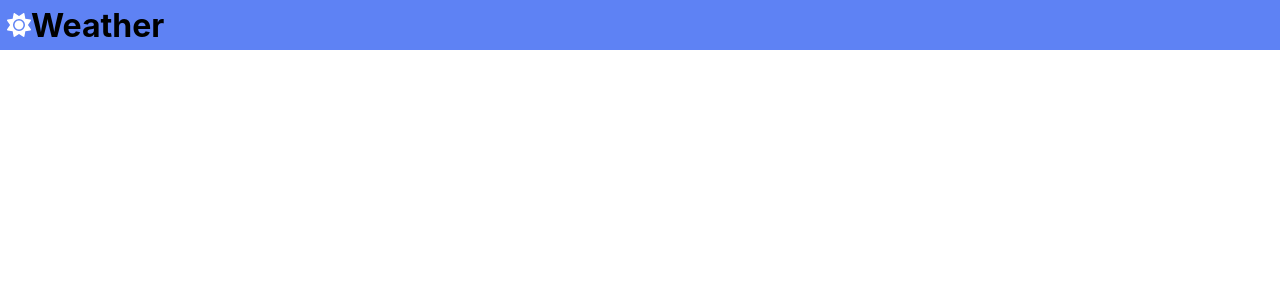
Repository: ahmedazawi/weather-app
Page: /
These files come from the project's save history. The page is drawn as it stood at one moment and after the next save; the edit follows.
The browser window is 1280 px wide. The pictures show the whole page.
The project was rebuilt for these pictures with package versions that can differ from the ones it lists, and the page was loaded fresh each time.

Above is the page before, as saved 2022-11-29 20:39:32.

After the next save:
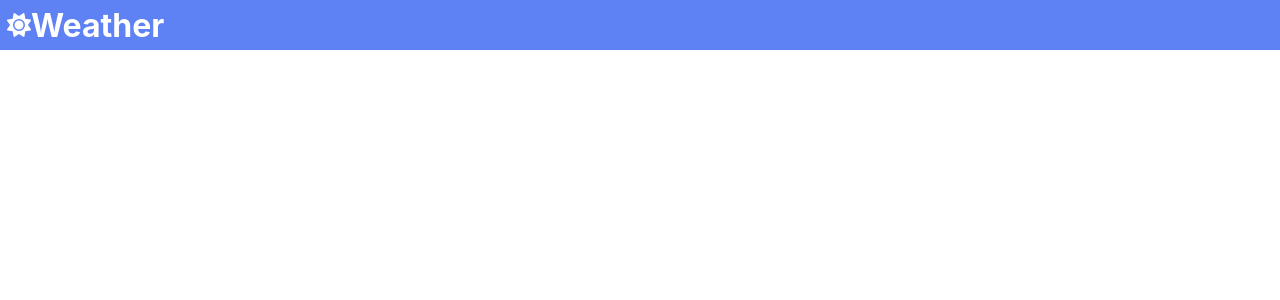
Saved 49 s later.
--- a/src/layout/Header.js
+++ b/src/layout/Header.js
@@ -13,7 +13,7 @@ const Header = () => {
         />
       </div>
 
-      <h1 className="">Weather</h1>
+      <h1 style={{ color: "white" }}>Weather</h1>
     </div>
   );
 };
